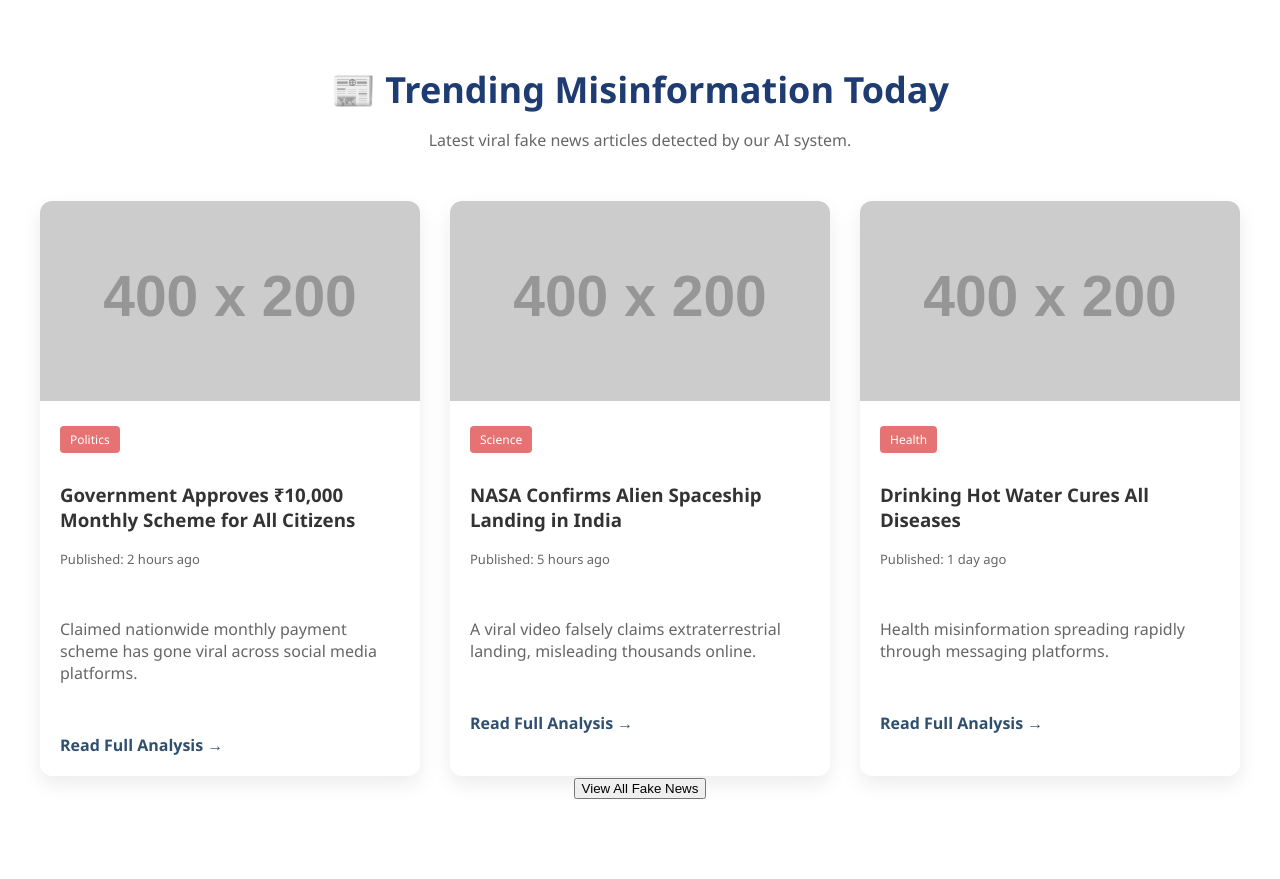
Repository: asadpathan2002-bot/Sprint1
Page: frontend/index.html
These files come from the project's save history. The page is drawn as it stood at one moment and after the next save; the edit follows.
The browser window is 1280 px wide. The pictures show the part of the page from y = 785 to 1737 px (the page is 1664 px tall before and 1737 px after).

Above is the page before, as saved 2026-03-03 13:41:45.

### frontend/index.html
<!DOCTYPE html>
<html lang="en">
<head>
<meta charset="UTF-8">
<meta name="viewport" content="width=device-width, initial-scale=1.0">
<title>TruthLens - Fake News Detection System</title>

<style>

/* ================= GLOBAL ================= */

* {
    box-sizing: border-box;
}

body {
    margin: 0;
    font-family: 'Segoe UI', sans-serif;
    background-color: #f4f6f9;
    color: #333;
}

/* ================= NAVBAR ================= */

.navbar {
    background: rgba(0,0,0,0.85);
    padding: 15px 50px;
    display: flex;
    justify-content: space-between;
    align-items: center;
    position: fixed;
    width: 100%;
    z-index: 1000;
}

.logo {
    height: 55px;
}

.nav-links {
    list-style: none;
    display: flex;
    gap: 35px;
    margin: 0;
    padding: 0;
}

.nav-links li a {
    text-decoration: none;
    color: #ffffff;
    font-weight: 500;
    transition: 0.3s;
}

.nav-links li a:hover {
    color: #00bfff;
}

/* ================= HERO ================= */

.hero {
    min-height: 100vh;
    background:
        linear-gradient(rgba(0,0,0,0.75), rgba(0,0,0,0.75)),
        url('https://images.unsplash.com/photo-1504711434969-e33886168f5c');
    background-size: cover;
    background-position: center;
    background-repeat: no-repeat;

    display: flex;
    flex-direction: column;
    justify-content: center;
    align-items: center;
    text-align: center;
    padding: 40px 20px;
    color: white;
}

.hero h1 {
    font-size: 55px;
    margin-bottom: 20px;
    letter-spacing: 2px;
    text-transform: uppercase;
}

.hero p {
    max-width: 650px;
    font-size: 19px;
    margin-bottom: 35px;
    line-height: 1.7;
    color: #ddd;
}

.hero button {
    padding: 14px 35px;
    font-size: 16px;
    border: none;
    background: linear-gradient(45deg, #007bff, #00bfff);
    color: white;
    border-radius: 30px;
    cursor: pointer;
    transition: 0.3s;
}

.hero button:hover {
    transform: scale(1.05);
    box-shadow: 0 0 20px rgba(0,191,255,0.6);
}

/* ================= SECTION ================= */

.section {
    padding: 100px 40px 80px 40px;
    text-align: center;
    background: #ffffff;
}

.section h2 {
    font-size: 36px;
    margin-bottom: 15px;
    color: #1e3c72;
}

.section p {
    max-width: 600px;
    margin: 0 auto 50px auto;
    color: #666;
}

/* ================= CARDS ================= */

.card-container {
    display: flex;
    justify-content: center;
    gap: 30px;
    flex-wrap: wrap;
}

.card {
    width: 280px;
    padding: 25px;
    background-color: #ffffff;
    border-radius: 15px;
    box-shadow: 0 10px 25px rgba(0,0,0,0.08);
    transition: 0.3s ease;
}

.card:hover {
    transform: translateY(-10px);
    box-shadow: 0 15px 30px rgba(0,0,0,0.15);
}

.tag {
    background-color: #e53935;
    color: white;
    padding: 5px 12px;
    border-radius: 20px;
    font-size: 12px;
    display: inline-block;
    margin-bottom: 12px;
}

.card h3 {
    font-size: 18px;
    margin-bottom: 10px;
}

.card p {
    font-size: 14px;
    color: #666;
}

.card button {
    margin-top: 15px;
    padding: 8px 15px;
    border: none;
    background-color: #1e3c72;
    color: white;
    border-radius: 20px;
    cursor: pointer;
    font-size: 13px;
}

.card button:hover {
    background-color: #16325c;
}

/* ===== News Grid Layout ===== */

.news-grid {
    display: grid;
    grid-template-columns: repeat(auto-fit, minmax(320px, 1fr));
    gap: 30px;
    margin-top: 40px;
}

.news-card {
    background: #ffffff;
    border-radius: 12px;
    overflow: hidden;
    box-shadow: 0 8px 20px rgba(0,0,0,0.08);
    transition: 0.3s ease;
}

.news-card:hover {
    transform: translateY(-8px);
    box-shadow: 0 12px 25px rgba(0,0,0,0.12);
}

.news-card img {
    width: 100%;
    height: 200px;
    object-fit: cover;
}

.news-content {
    padding: 20px;
    text-align: left;
}

.category {
    background-color: #E57373;
    color: white;
    font-size: 12px;
    padding: 5px 10px;
    border-radius: 4px;
    display: inline-block;
    margin-bottom: 10px;
}

.meta {
    font-size: 13px;
    color: #777;
    margin-bottom: 10px;
}

.news-content a {
    text-decoration: none;
    font-weight: bold;
    color: #2F4F6F;
}

.news-content a:hover {
    text-decoration: underline;
}
/* ================= VIEW ALL ================= */

.view-all {
    margin-top: 50px;
}

.view-all button {
    padding: 12px 25px;
    border: none;
    background: #1e3c72;
    color: white;
    border-radius: 25px;
    cursor: pointer;
}

.view-all button:hover {
    background: #16325c;
}

/* ================= RESPONSIVE ================= */

@media (max-width: 768px) {
    .navbar {
        flex-direction: column;
        gap: 15px;
    }

    .hero h1 {
        font-size: 32px;
    }

    .hero p {
        font-size: 16px;
    }
}

</style>
</head>

<body>

<nav class="navbar">
    <img src="logo.png" alt="TruthLens Logo" class="logo">
    <ul class="nav-links">
        <li><a href="predict.html">Predict</a></li>
        <li><a href="about.html">About</a></li>
    </ul>
</nav>

<div class="hero">
    <h1>Fake News Detection System</h1>
    <p>
        Detect misinformation instantly with AI-powered analysis.
        Verify whether a news article is Fake or Real within seconds.
    </p>
    <button onclick="window.location.href='predict.html'">
        Check News Now
    </button>
</div>
<!-- TRENDING MISINFORMATION SECTION -->
<div class="section">

    <h2>📰 Trending Misinformation Today</h2>
    <p>Latest viral fake news articles detected by our AI system.</p>

    <div class="news-grid">

        <!-- Article 1 -->
        <div class="news-card">
            <img src="https://via.placeholder.com/400x200" alt="news">
            <div class="news-content">
                <span class="category">Politics</span>
                <h3>Government Approves ₹10,000 Monthly Scheme for All Citizens</h3>
                <p class="meta">Published: 2 hours ago</p>
                <p>Claimed nationwide monthly payment scheme has gone viral across social media platforms.</p>
                <a href="#">Read Full Analysis →</a>
            </div>
        </div>

        <!-- Article 2 -->
        <div class="news-card">
            <img src="https://via.placeholder.com/400x200" alt="news">
            <div class="news-content">
                <span class="category">Science</span>
                <h3>NASA Confirms Alien Spaceship Landing in India</h3>
                <p class="meta">Published: 5 hours ago</p>
                <p>A viral video falsely claims extraterrestrial landing, misleading thousands online.</p>
                <a href="#">Read Full Analysis →</a>
            </div>
        </div>

        <!-- Article 3 -->
        <div class="news-card">
            <img src="https://via.placeholder.com/400x200" alt="news">
            <div class="news-content">
                <span class="category">Health</span>
                <h3>Drinking Hot Water Cures All Diseases</h3>
                <p class="meta">Published: 1 day ago</p>
                <p>Health misinformation spreading rapidly through messaging platforms.</p>
                <a href="#">Read Full Analysis →</a>
            </div>
        </div>

    </div>

    <div class="view-all-news">
    <button onclick="window.location.href='all-news.html'">
        View All Fake News
    </button>

</div>

</div>



</body>
</html>

After the next save:
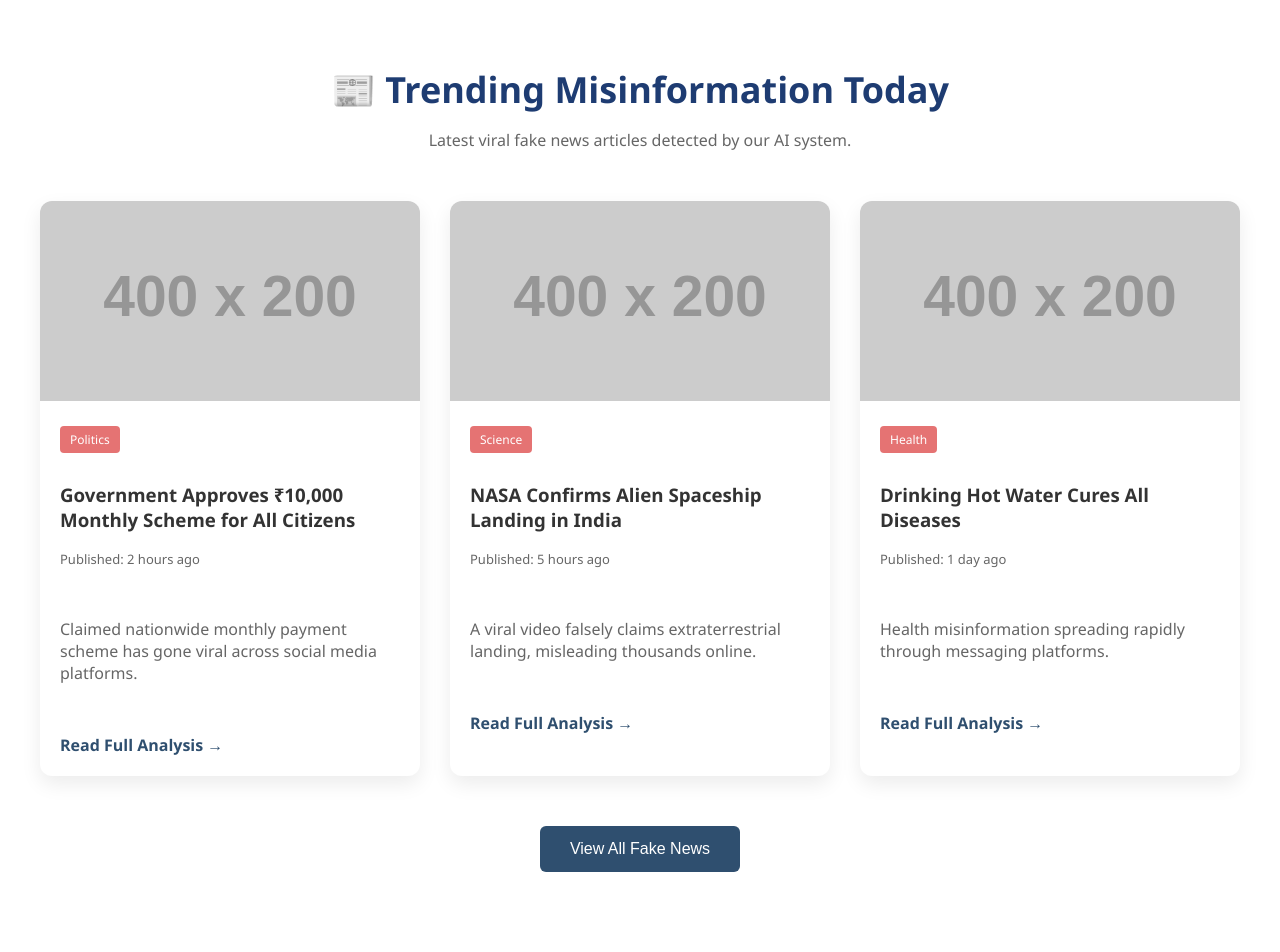
Saved 4 min 8 s later.
--- a/frontend/index.html
+++ b/frontend/index.html
@@ -278,6 +278,28 @@ body {
         font-size: 16px;
     }
 }
+
+.view-all-news {
+    margin-top: 50px;
+    text-align: center;
+}
+
+.view-all-news button {
+    padding: 14px 30px;
+    font-size: 16px;
+    background-color: #2F4F6F;
+    color: white;
+    border: none;
+    border-radius: 6px;
+    cursor: pointer;
+    transition: 0.3s ease;
+}
+
+.view-all-news button:hover {
+    background-color: #1f3a50;
+    transform: translateY(-3px);
+}
+
 
 </style>
 </head>
@@ -353,6 +375,7 @@ body {
         View All Fake News
     </button>
 
+
 </div>
 
 </div>
